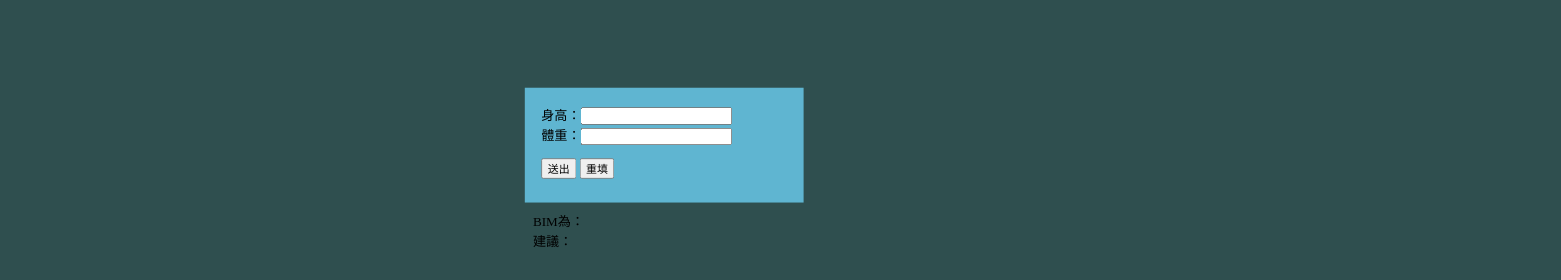
Repository: Digi-Duck/cybercube
Page: 12- 張雅婷/1117-bmi.html
An editor plug-in stored every save of this project. The page is shown before and after the next save, followed by the edit.
The browser window is 1280 px wide. The page is 1904 px wide, then 1280 px, so the pictures cover 1904 px, including what lies to the right of the window. The pictures show the whole page, at 82% of full size.

Above is the page before, as saved 2022-11-24 13:55:29.

### 12- 張雅婷/1117-bmi.html
<!DOCTYPE html>
<html lang="en">

<head>
    <meta charset="UTF-8">
    <meta http-equiv="X-UA-Compatible" content="IE=edge">
    <meta name="viewport" content="width=device-width, initial-scale=1.0">
    <title>Document</title>
    <link rel="stylesheet" href="bmi.css">
</head>

<body>
    <!DOCTYPE html>
<html lang="en">

<head>
    <meta charset="UTF-8">
    <meta http-equiv="X-UA-Compatible" content="IE=edge">
    <meta name="viewport" content="width=device-width, initial-scale=1.0">
    <title>Document</title>
</head>

<body>
    <div class="bmi_input">
        <div class="input">
            身高：<input type="text" id="height" >
        </div>
        <div class="input">
            體重：<input type="text" id="weight">
       <p></p>
            <div class="btns">
                <button id="cal" >送出</button>
                <button type="reset">重填</button>
            </div>
        </div>
    </div>
    <div class="bmi_output act">
        <div id="bmi_num">BIM為：</div>
        <div id="bmi_tips">建議：</div>
    </div>

</body>
<!-- <div class="input">
        身高：<input type="text" id="tell" >
        體重：<input type="text" id="heavy">
   <p></p>
        <div class="btns">
            <input name="" value="送出"></input>
            <button type="reset">重填</button>
        </div>
    </div>
</div>
<div class="bmi">
    <div id="bminum">BIM為：</div>
    <div id="bmitips">建議：</div>
</div> -->

    <!-- <script type="text/javascript">
        function () {
            var tall = document.querySelector('.cm');
            var heavy = document.querySelector('.kg');
            var bmi = ;

        }
        function bmi(tall, heavy) {
            var bmi = (heavy % (tall * tall))
        }
        if((tall!="")&(heavy!="")){
            bmi.style.display="block";

        } -->


</html>

### 12- 張雅婷/bmi.css
.bmi_input{
    width: 300px;
    height: 100px;

    align-items: center;
    background-color: #5fb5d1;
    padding: 20px;
    color: black;
}

.bmi_output.act{
    opacity:1;
    margin: 10px;
    align-items: center;
}
body{
    background-color: darkslategray;

    transform: translate(50%, 50%);
}

After the next save:
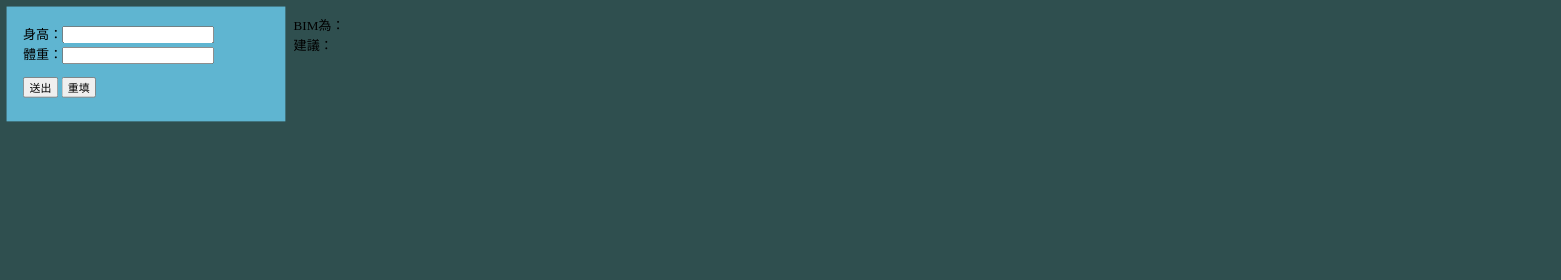
Saved 40 s later.
--- a/12- 張雅婷/bmi.css
+++ b/12- 張雅婷/bmi.css
@@ -15,6 +15,5 @@
 }
 body{
     background-color: darkslategray;
-
-    transform: translate(50%, 50%);
+    display: flex
 }
